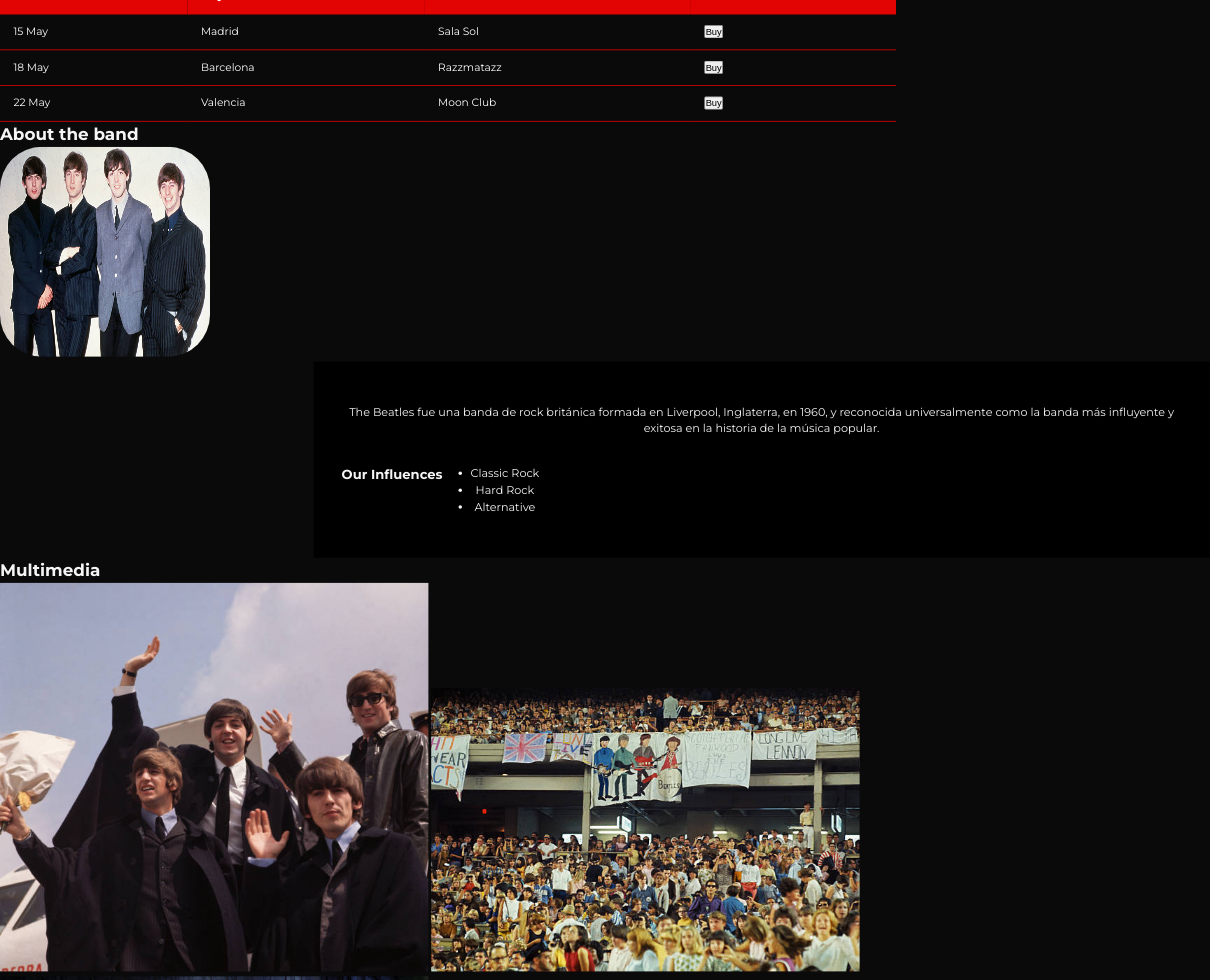
Repository: keiner-dev/Prueba_Desempe-o
Page: index.html
An editor plug-in stored every save of this project. The page is shown before and after a run of saves, followed by the edit.
The browser window is 1280 px wide. The page is 1728 px wide, so the pictures cover 1728 px, including what lies to the right of the window. The pictures show the part of the page from y = 364 to 1764 px (the page is 2814 px tall), at 70% of full size.
Some web fonts or font styles are not loaded; a fallback is used.

Above is the page before, as saved 2026-04-27 15:29:22.

After the next 4 saves:
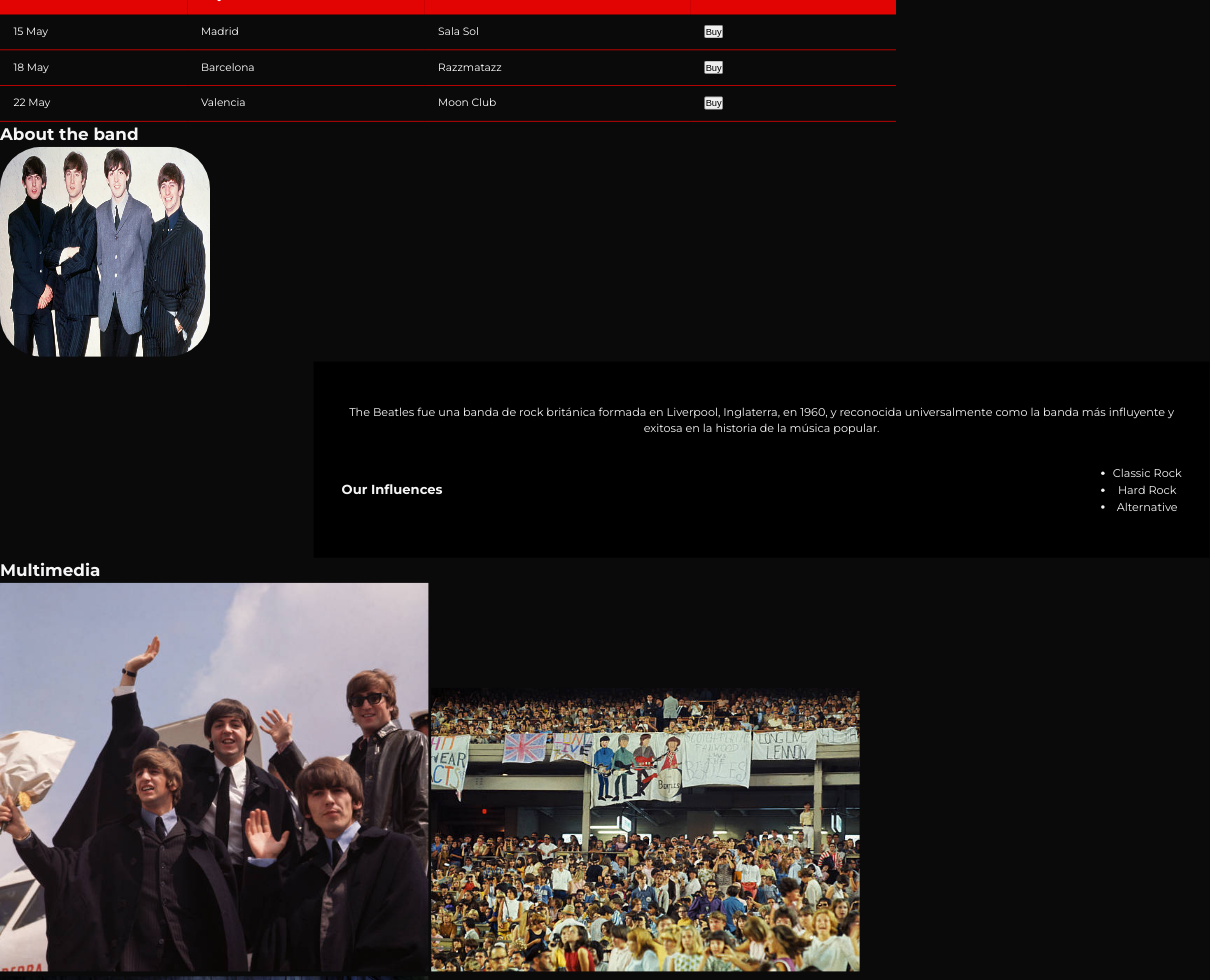
The 4 saves are shown as one change because they came seconds apart.
The last was saved 15 s later.
--- a/styles.css
+++ b/styles.css
@@ -153,7 +153,8 @@
 }
 
 .sobre {
-    justify-content: ;
+    justify-content: space-between;
+    align-items: center;
     top: 0;
     left:35%;
     display: flex;
